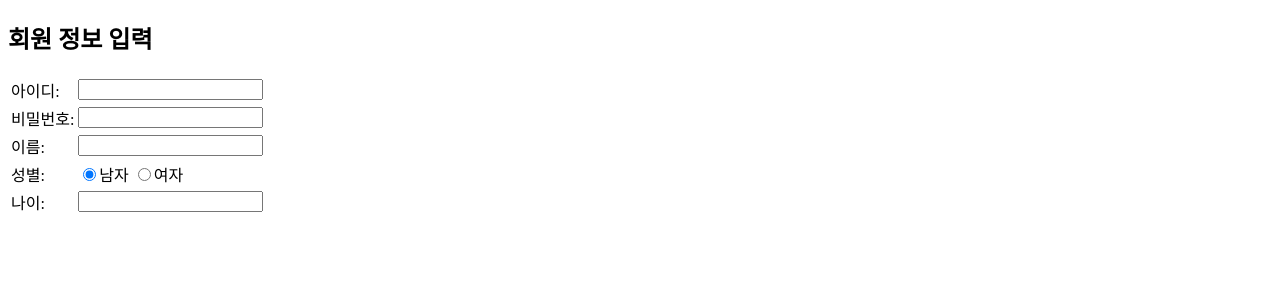
Repository: seminocoe/JSP_STUDY
Page: http://localhost/ServletProject/template/join.jsp
An editor plug-in stored every save of this project. The page is shown before and after the next save, followed by the edit.
The browser window is 1280 px wide. The pictures show the whole page.
The page is served by Tomcat 9. Nobody is signed in. The application's start-up code is not run. Other server files are loaded and not shown.

Above is the page before, as saved 2022-08-08 04:53:10.

### ServletProject/src/main/webapp/template/join.jsp
<%@ page language="java" contentType="text/html; charset=UTF-8"
    pageEncoding="UTF-8"%>
<!DOCTYPE html>
<html>
<head>
<meta charset="UTF-8">
<title></title>
</head>
<body>
<section id="formArea">
<h1>회원 정보 입력</h1>
<form action="joinChk.jsp" method="post">
<table>
	<tr>
		<td><label for="id">아이디:</label></td>
		<td><input type="text" name="id" id="id"></td>
	</tr>

	<tr>
		<td><label for="pass">비밀번호:</label></td>
		<td><input type="password" name="pass" id="pass"></td>
	</tr>

	<tr>
		<td><label for="name">이름:</label></td>
		<td><input type="text" name="name" id="name"></td>
	</tr>

	<tr>
		<td><label for="gender">성별:</label></td>
		<td>
		<input type="radio" name="gender" id="gender" value="1" checked="checked">남자
		<input type="radio" name="gender" id="gender" value="2">여자</td>
	</tr>

	<tr>
		<td><label for="age">나이:</label></td>
		<td><input type="text" name="age" id="age"></td>
	</tr>
</table>
</form>
</section>
</body>
</html>

After the next save:
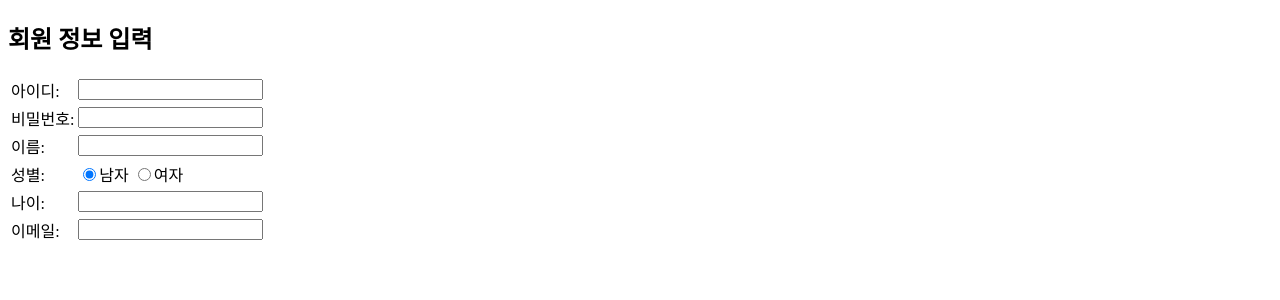
Saved 73 s later.
--- a/ServletProject/src/main/webapp/template/join.jsp
+++ b/ServletProject/src/main/webapp/template/join.jsp
@@ -37,6 +37,11 @@
 		<td><label for="age">나이:</label></td>
 		<td><input type="text" name="age" id="age"></td>
 	</tr>
+
+	<tr>
+		<td><label for="email">이메일:</label></td>
+		<td><input type="text" name="email" id="email"></td>
+	</tr>
 </table>
 </form>
 </section>
